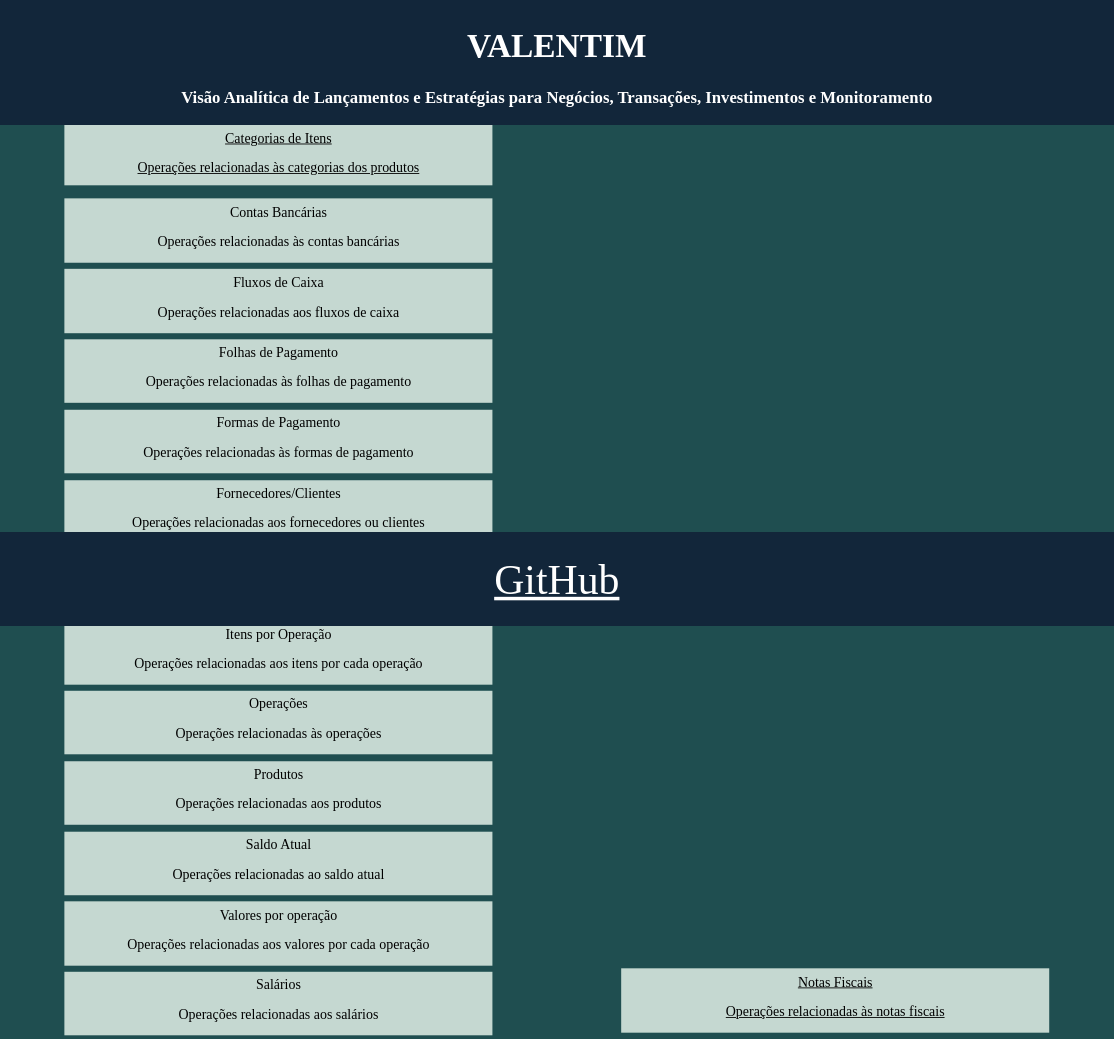
Repository: Matheus-Lacerda009/ERP-Financeiro
Page: Front/menu/menu.html
The author's editor kept a copy of each file at every save. The page is drawn from the files as they stood at one save, then again after a run of saves.
The browser window is 1280 px wide. The pictures show the whole page, at 87% of full size.

Above is the page before, as saved 2026-07-13 19:13:22.

After the next 4 saves:
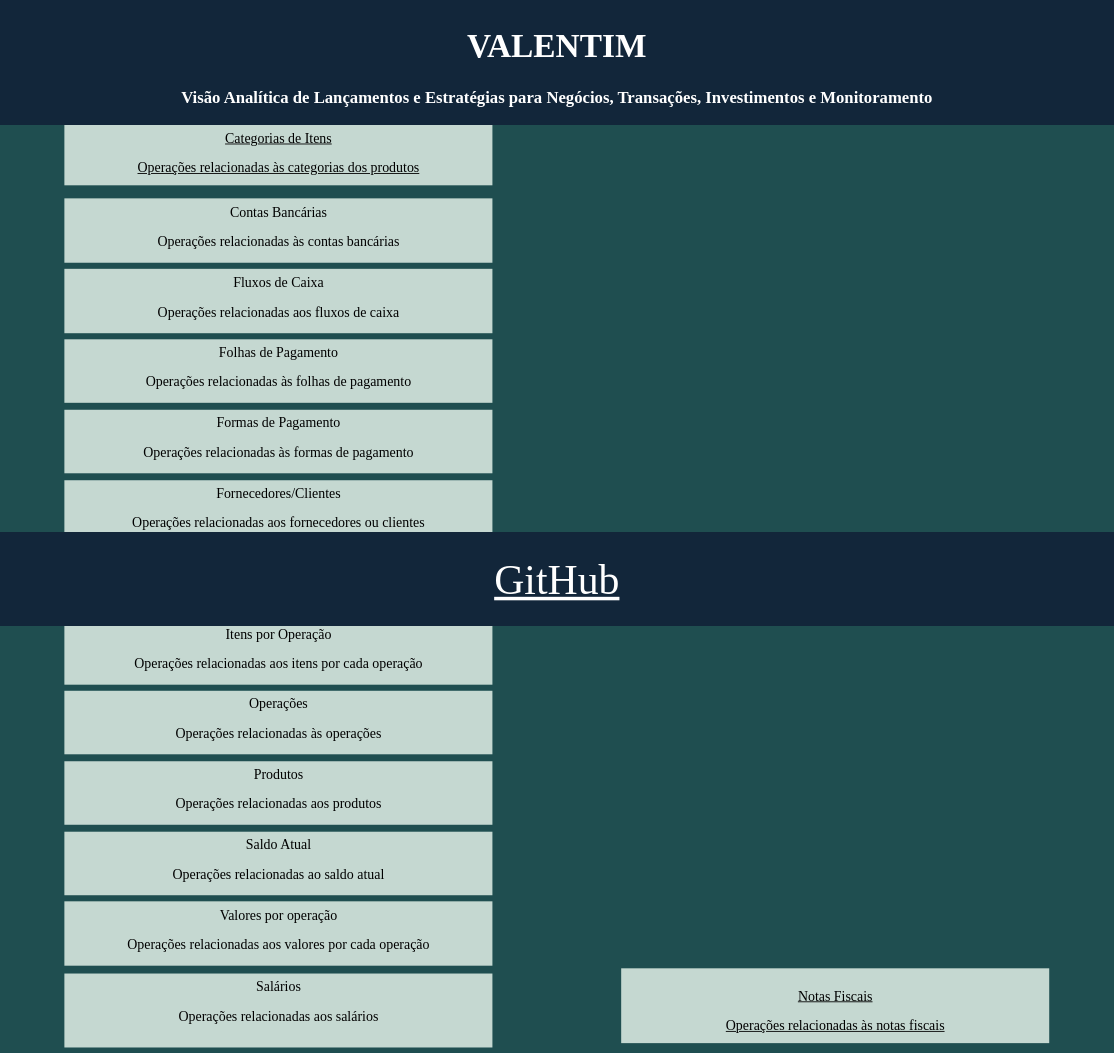
The 4 saves are shown as one change because they came seconds apart.
The last was saved 10 s later.
--- a/Front/menu/menu.html
+++ b/Front/menu/menu.html
@@ -82,7 +82,7 @@
             </div>
             <a href="../notaFiscal/nota_fiscal.html" class="links">
             <div class="divEntidades">
-                Notas Fiscais
+                <p>Notas Fiscais</p>
                 <p>Operações relacionadas às notas fiscais</p>
             </div>
             </a>
